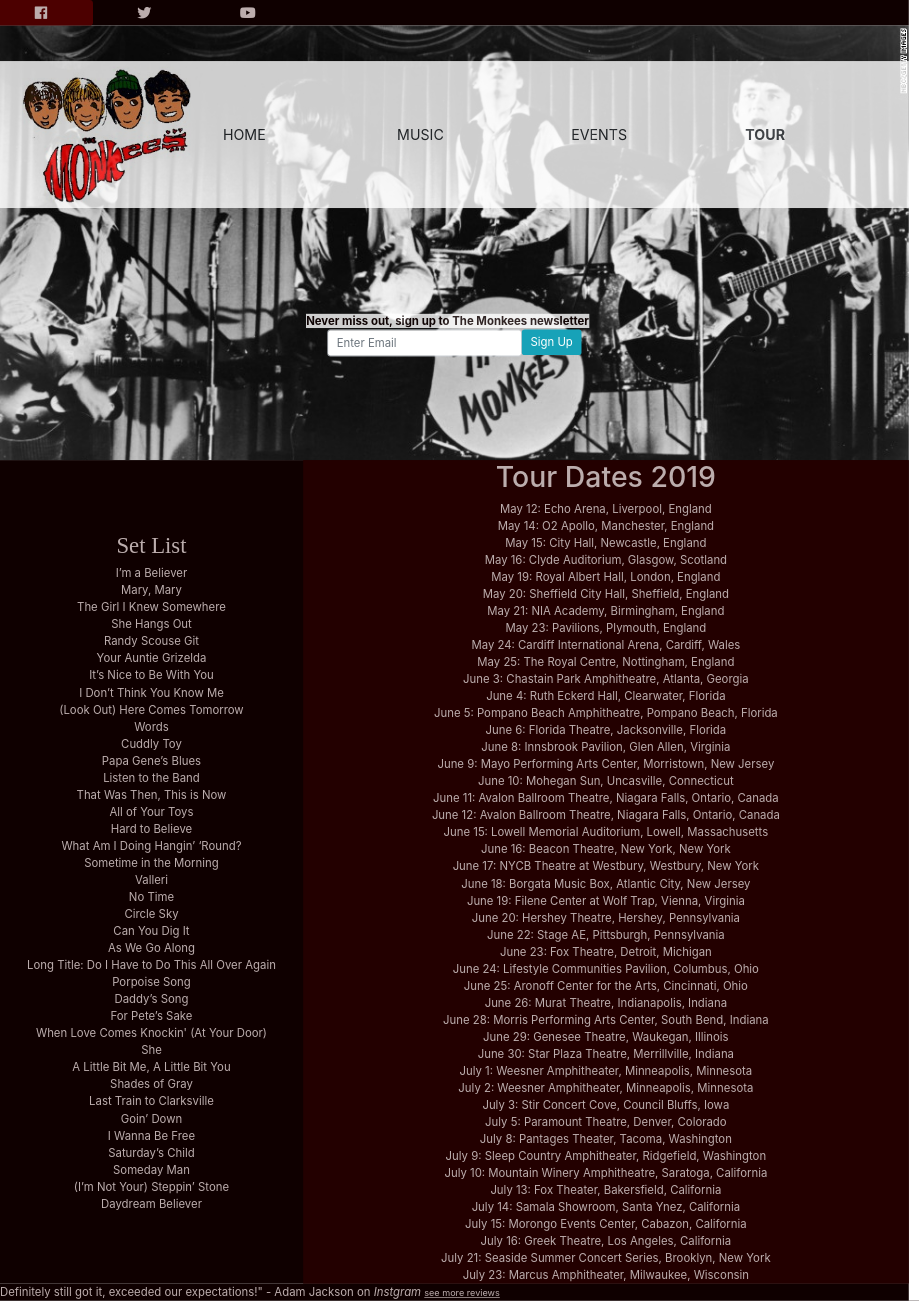
Repository: Heywood93/first-milestone-project
Page: tour.html
The author's editor kept a record of every edit. The page is drawn from the files as they stood at one moment, then again after the next edit.
The browser window is 1280 px wide. The page is 1295 px wide, so the pictures cover 1295 px, including what lies to the right of the window. The pictures show the whole page, at 71% of full size.
Some web libraries are served in a nearby version.

Above is the page before.

### tour.html
<!DOCTYPE html>
<html lang="en">

<head>
    <meta charset="UTF-8">
    <meta name="viewport" content="width=device-width, initial-scale=1.0">
    <link rel="stylesheet" href="https://stackpath.bootstrapcdn.com/bootstrap/4.1.3/css/bootstrap.min.css" integrity="sha384-MCw98/SFnGE8fJT3GXwEOngsV7Zt27NXFoaoApmYm81iuXoPkFOJwJ8ERdknLPMO" crossorigin="anonymous">
    <link rel="stylesheet" href="https://use.fontawesome.com/releases/v5.6.1/css/all.css" integrity="sha384-gfdkjb5BdAXd+lj+gudLWI+BXq4IuLW5IT+brZEZsLFm++aCMlF1V92rMkPaX4PP" crossorigin="anonymous">
    <link rel="stylesheet" href="assets/style.css" type="text/css" />
    <title>The Monkees Tour Dates</title>
</head>

<body>

    <header>
        <div class="row">
            <div class="col-md-4 d-none d-md-block">
                <div class="row">
                    <a class="col btn btn-lg fab fa-facebook" href="https://www.facebook.com/TheMonkees/" target="_blank"></a>
                    <a class="col btn btn-lg fab fa-twitter" href="https://twitter.com/TheMonkees" target="_blank"></a>
                    <a class="col btn btn-lg fab fa-youtube" href="https://www.youtube.com/channel/UCv1oY0OLtsEySHeP1TkYNqA" target="_blank"></a>
                </div>
            </div>
            <button type="button" class="btn btn-lg NavColl d-md-none col-sm-3" data-toggle="collapse" data-target="#NavCollapse">
                <a class="fas fa-bars"></a>
            </button>
        </div>
        <div class="collapse" id="NavCollapse">
            <div class="row justify-content-center">
                <a class="btn btn-lg text-uppercase" href="index.html">Home</a>
            </div>
            <div class="row justify-content-center">
                <a class="btn btn-lg text-uppercase" href="music.html">Music</a>
            </div>
            <div class="row justify-content-center">
                <a class="btn btn-lg text-uppercase" href="events.html">Events</a>
            </div>
            <div class="row justify-content-center">
                <a class="btn btn-lg text-uppercase" href="tour.html">Tour</a>
            </div>
        </div>
    </header>

    <callout class="row container-fluid no-gutters justify-content-center">
        <div class="col-12">
            <nav class="navbar row navbar-light">
                <div class="col-md d-none d-md-block">
                    <img src="assets/images/cover.jpg"></img>
                </div>
                <div class="col-md d-none d-md-block">
                    <a class="btn btn-lg text-uppercase" href="index.html">Home</a>
                </div>
                <div class="col-md d-none d-md-block">
                    <a class="btn btn-lg text-uppercase" href="music.html">Music</a>
                </div>
                <div class="col-md d-none d-md-block">
                    <a class="btn btn-lg text-uppercase" href="events.html">Events</a>
                </div>
                <div class="col-md d-none d-md-block">
                    <a class="btn btn-lg text-uppercase page" href="tour.html">Tour</a>
                </div>
            </nav>
            <div class="navRep row d-md-none justify-content-center">
                <a href="index.html"><img src="assets/images/cover.jpg"></img></a>
            </div>
        </div>

        <div class="email">
            <div class="row d-inline font-weight-bold sign-up align-text-middle">Never miss out, sign up to The Monkees newsletter</div>
            <div class="row container-fluid mx-auto">
                <div class="d-inline"><input type="text" class="form-control" id="NewsletterSignUp" placeholder="Enter Email"></div>
                <div class="d-inline"><button type="submit" class="btn btn-info">Sign Up</button></div>
            </div>
        </div>
    </callout>

    <main class="container-fluid">
        <div class="row align-items-center tour">
            <div class="col-sm-4 text-center set d-none d-sm-block">
                <h2 class="font1">Set List</h2>
                I’m a Believer</br>
                Mary, Mary</br>
                The Girl I Knew Somewhere</br>
                She Hangs Out</br>
                Randy Scouse Git</br>
                Your Auntie Grizelda</br>
                It’s Nice to Be With You</br>
                I Don’t Think You Know Me</br>
                (Look Out) Here Comes Tomorrow</br>
                Words</br>
                Cuddly Toy</br>
                Papa Gene’s Blues</br>
                Listen to the Band</br>
                That Was Then, This is Now</br>
                All of Your Toys</br>
                Hard to Believe</br>
                What Am I Doing Hangin’ ‘Round?</br>
                Sometime in the Morning</br>
                Valleri</br>
                No Time</br>
                Circle Sky</br>
                Can You Dig It</br>
                As We Go Along</br>
                Long Title: Do I Have to Do This All Over Again</br>
                Porpoise Song</br>
                Daddy’s Song</br>
                For Pete’s Sake</br>
                When Love Comes Knockin' (At Your Door)</br>
                She</br>
                A Little Bit Me, A Little Bit You</br>
                Shades of Gray</br>
                Last Train to Clarksville</br>
                Goin’ Down</br>
                I Wanna Be Free</br>
                Saturday’s Child</br>
                Someday Man</br>
                (I’m Not Your) Steppin’ Stone</br>
                Daydream Believer</br>
            </div>
            <div class="col-sm-8 col-xs-12 text-center dates">
                <h1>Tour Dates 2019</h1>
                May 12: Echo Arena, Liverpool, England</br>
                May 14: O2 Apollo, Manchester, England</br>
                May 15: City Hall, Newcastle, England</br>
                May 16: Clyde Auditorium, Glasgow, Scotland</br>
                May 19: Royal Albert Hall, London, England</br>
                May 20: Sheffield City Hall, Sheffield, England</br>
                May 21: NIA Academy, Birmingham, England</br>
                May 23: Pavilions, Plymouth, England</br>
                May 24: Cardiff International Arena, Cardiff, Wales</br>
                May 25: The Royal Centre, Nottingham, England</br>
                June 3: Chastain Park Amphitheatre, Atlanta, Georgia</br>
                June 4: Ruth Eckerd Hall, Clearwater, Florida</br>
                June 5: Pompano Beach Amphitheatre, Pompano Beach, Florida</br>
                June 6: Florida Theatre, Jacksonville, Florida</br>
                June 8: Innsbrook Pavilion, Glen Allen, Virginia</br>
                June 9: Mayo Performing Arts Center, Morristown, New Jersey</br>
                June 10: Mohegan Sun, Uncasville, Connecticut</br>
                June 11: Avalon Ballroom Theatre, Niagara Falls, Ontario, Canada</br>
                June 12: Avalon Ballroom Theatre, Niagara Falls, Ontario, Canada</br>
                June 15: Lowell Memorial Auditorium, Lowell, Massachusetts</br>
                June 16: Beacon Theatre, New York, New York</br>
                June 17: NYCB Theatre at Westbury, Westbury, New York</br>
                June 18: Borgata Music Box, Atlantic City, New Jersey</br>
                June 19: Filene Center at Wolf Trap, Vienna, Virginia</br>
                June 20: Hershey Theatre, Hershey, Pennsylvania</br>
                June 22: Stage AE, Pittsburgh, Pennsylvania</br>
                June 23: Fox Theatre, Detroit, Michigan</br>
                June 24: Lifestyle Communities Pavilion, Columbus, Ohio</br>
                June 25: Aronoff Center for the Arts, Cincinnati, Ohio</br>
                June 26: Murat Theatre, Indianapolis, Indiana</br>
                June 28: Morris Performing Arts Center, South Bend, Indiana</br>
                June 29: Genesee Theatre, Waukegan, Illinois</br>
                June 30: Star Plaza Theatre, Merrillville, Indiana</br>
                July 1: Weesner Amphitheater, Minneapolis, Minnesota</br>
                July 2: Weesner Amphitheater, Minneapolis, Minnesota</br>
                July 3: Stir Concert Cove, Council Bluffs, Iowa</br>
                July 5: Paramount Theatre, Denver, Colorado</br>
                July 8: Pantages Theater, Tacoma, Washington</br>
                July 9: Sleep Country Amphitheater, Ridgefield, Washington</br>
                July 10: Mountain Winery Amphitheatre, Saratoga, California</br>
                July 13: Fox Theater, Bakersfield, California</br>
                July 14: Samala Showroom, Santa Ynez, California</br>
                July 15: Morongo Events Center, Cabazon, California</br>
                July 16: Greek Theatre, Los Angeles, California</br>
                July 21: Seaside Summer Concert Series, Brooklyn, New York</br>
                July 23: Marcus Amphitheater, Milwaukee, Wisconsin</br>
            </div>
        </div>
        <div class="text-center set d-sm-none">
            <h2>Set List</h2>
            I’m a Believer</br>
            Mary, Mary</br>
            The Girl I Knew Somewhere</br>
            She Hangs Out</br>
            Randy Scouse Git</br>
            Your Auntie Grizelda</br>
            It’s Nice to Be With You</br>
            I Don’t Think You Know Me</br>
            (Look Out) Here Comes Tomorrow</br>
            Words</br>
            Cuddly Toy</br>
            Papa Gene’s Blues</br>
            Listen to the Band</br>
            That Was Then, This is Now</br>
            All of Your Toys</br>
            Hard to Believe</br>
            What Am I Doing Hangin’ ‘Round?</br>
            Sometime in the Morning</br>
            Valleri</br>
            No Time</br>
            Circle Sky</br>
            Can You Dig It</br>
            As We Go Along</br>
            Long Title: Do I Have to Do This All Over Again</br>
            Porpoise Song</br>
            Daddy’s Song</br>
            For Pete’s Sake</br>
            When Love Comes Knockin' (At Your Door)</br>
            She</br>
            A Little Bit Me, A Little Bit You</br>
            Shades of Gray</br>
            Last Train to Clarksville</br>
            Goin’ Down</br>
            I Wanna Be Free</br>
            Saturday’s Child</br>
            Someday Man</br>
            (I’m Not Your) Steppin’ Stone</br>
            Daydream Believer</br>
        </div>
    </main>

    <footer>
        <div class="row container-fluid justify-content-center d-none d-md-block">
            <div>Definitely still got it, exceeded our expectations!" - Adam Jackson on <cite title="Instgram">Instgram</cite> <a href="events.html"><small>see more reviews</small></a></div>
        </div>
        <div class="row d-md-none">
            <a class="col social btn btn-lg fab fa-facebook" href="https://www.facebook.com/TheMonkees/" target="_blank"></a>
            <a class="col social btn btn-lg fab fa-twitter" href="https://twitter.com/TheMonkees" target="_blank"></a>
            <a class="col social btn btn-lg fab fa-youtube" href="https://www.youtube.com/channel/UCv1oY0OLtsEySHeP1TkYNqA" target="_blank"></a>
        </div>
    </footer>

    <script src="https://code.jquery.com/jquery-3.3.1.slim.min.js" integrity="sha384-q8i/X+965DzO0rT7abK41JStQIAqVgRVzpbzo5smXKp4YfRvH+8abtTE1Pi6jizo" crossorigin="anonymous"></script>
    <script src="https://cdnjs.cloudflare.com/ajax/libs/popper.js/1.14.6/umd/popper.min.js" integrity="sha384-wHAiFfRlMFy6i5SRaxvfOCifBUQy1xHdJ/yoi7FRNXMRBu5WHdZYu1hA6ZOblgut" crossorigin="anonymous"></script>
    <script src="https://stackpath.bootstrapcdn.com/bootstrap/4.2.1/js/bootstrap.min.js" integrity="sha384-B0UglyR+jN6CkvvICOB2joaf5I4l3gm9GU6Hc1og6Ls7i6U/mkkaduKaBhlAXv9k" crossorigin="anonymous"></script>

</body>

</html>

### assets/style.css
.font1 {
    font-family: 'Alegreya SC' , serif;
    text-shadow: #0f0000 -3px 3px;
}
.font2 {
    font-family: 'Alegreya' , serif;
    text-shadow: #0f0000 -3px 3px;
}
header {
    color: #bcadad;
    background-color: #0f0000;
}
nav {
    margin-top: 50px;
    background-color: white;
    opacity: 0.8;
}
.navRep {
    background-color: white;
    opacity: 0.8;
}
.btn:hover {
    color: #bcadad;
    background-color: #4c0000;
}
.btn-info:hover {
    color: white;
    background-color: #38777c;
}
.NavColl {
    color: #bcadad;
    background-color: #0f0000;
}
.promo:hover {
    color: inherit;
    background-color: #ffc107;
    opacity: 0.95;
}
.btn {
    margin-right: 0;
    margin-left: 0;
    border: 0;
}
callout {
    background-color: #230000;
    background: url(images/monkees.jpg);
    background-position: top;
    background-repeat: no-repeat;
    background-size: cover;
    height: 85vh;
}
main {
    color: #bcadad;
    background-color: #0f0000;
}
.video {
    margin: auto;
}
.albums {
    color: #bcadad;
    background-color: #230000;
}
footer {
    color: #bcadad;
    background-color: #0f0000;
}
a {
    color: inherit;
}
a:hover {
    color: inherit;
    text-decoration: none;
}
.intro {
    background-color: #230000;
}
.jumbotron {
    margin-top: 20px;
    text-align: center;
    color: #bcadad;
    background-color: #4c0000;
    opacity: 0.85;
}
.new {
    color: #bcadad;
    opacity: 0.8;
    background-color: #0f0000;
    margin-top: 50px;
}
.center {
    text-align: center;
}
.vidLg {
    margin-top: auto;
}
.vidSm {
    margin-top: 50px;
}
.songs {
    background-color: #0f0000;
}
.dates {
    background-color: #230000;
}
footer a {
    text-decoration: underline;
}
blockquote {
    margin-left: 3px;
    margin-top: 3px;
}
.page {
    font-weight: bold;
}
.page:hover {
    color: #4c0000;
    background-color: #bcadad;
}
.email {
    color: #0f0000;
}
.sign-up {
    background-color: white !important;
    opacity: 0.8;
}
.social {
    text-decoration: none !important;
}

After the next edit:
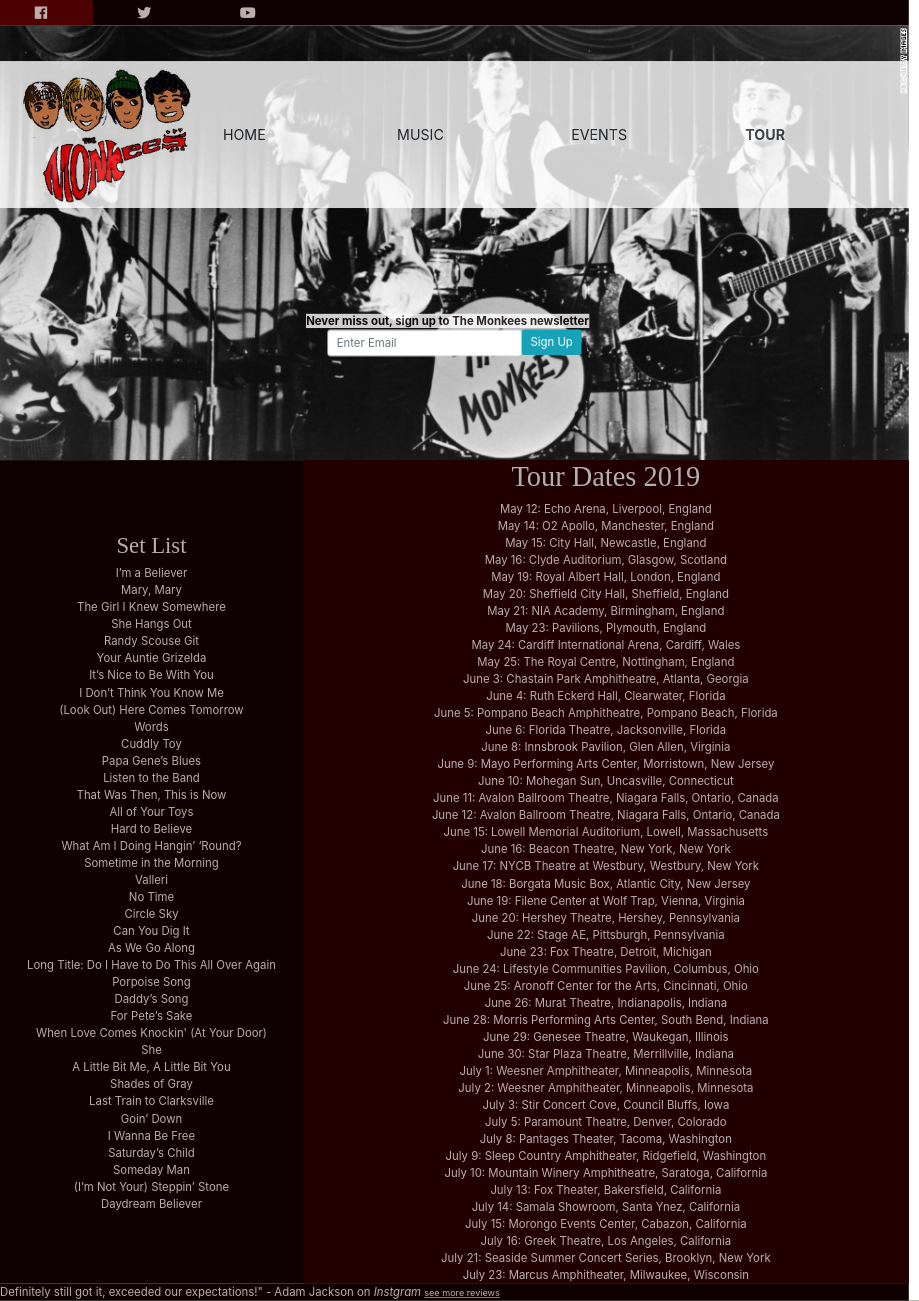
The edit:
--- a/tour.html
+++ b/tour.html
@@ -118,7 +118,7 @@
                 Daydream Believer</br>
             </div>
             <div class="col-sm-8 col-xs-12 text-center dates">
-                <h1>Tour Dates 2019</h1>
+                <h1 class="font1">Tour Dates 2019</h1>
                 May 12: Echo Arena, Liverpool, England</br>
                 May 14: O2 Apollo, Manchester, England</br>
                 May 15: City Hall, Newcastle, England</br>
